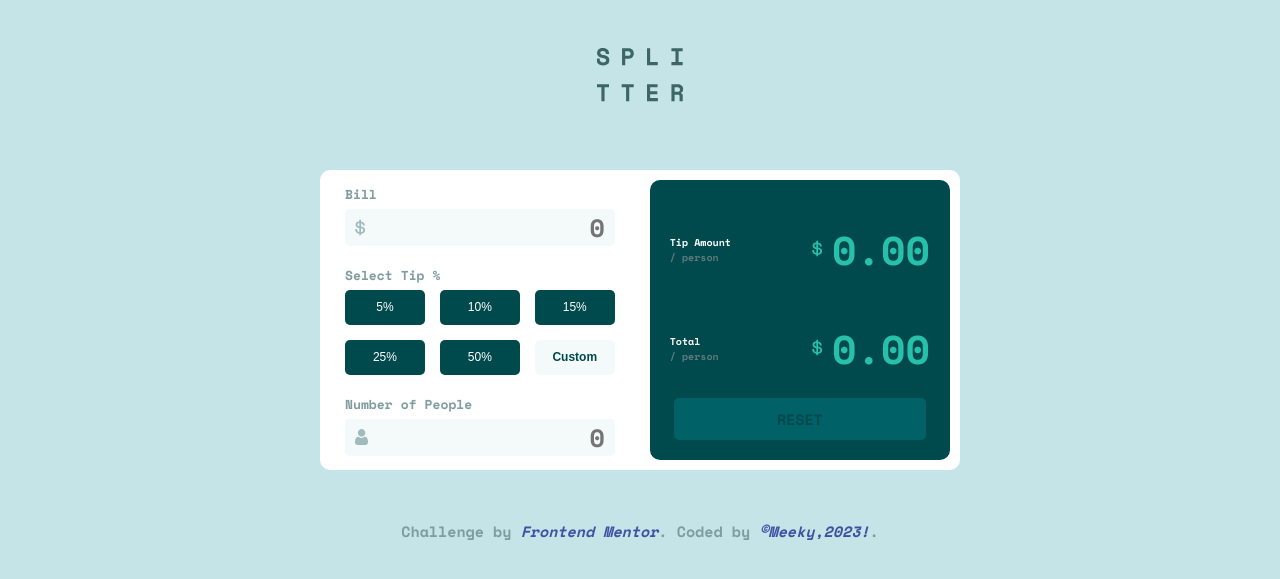
Repository: MeekyBerry/Frontend-Mentor-Challenges
Page: tip-calculator-app/index.html
An editor plug-in stored every save of this project. The page is shown before and after the next save, followed by the edit.
The browser window is 1280 px wide. The pictures show the whole page.

Above is the page before, as saved 2023-04-07 21:29:51.

After the next save:
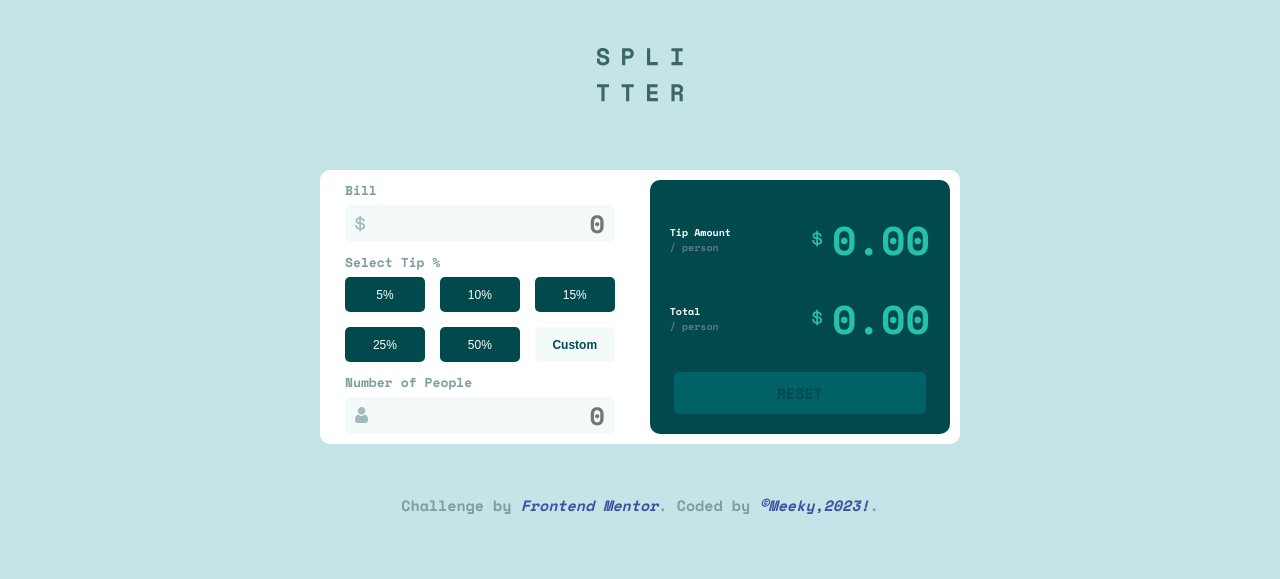
Saved 24 s later.
--- a/tip-calculator-app/css/style.css
+++ b/tip-calculator-app/css/style.css
@@ -246,7 +246,7 @@ input[type="number"] {
   justify-content: space-between;
   align-items: center;
   gap: 1rem;
-  padding: 2rem 1rem;
+  padding: 1rem;
 }
 
 .total {
